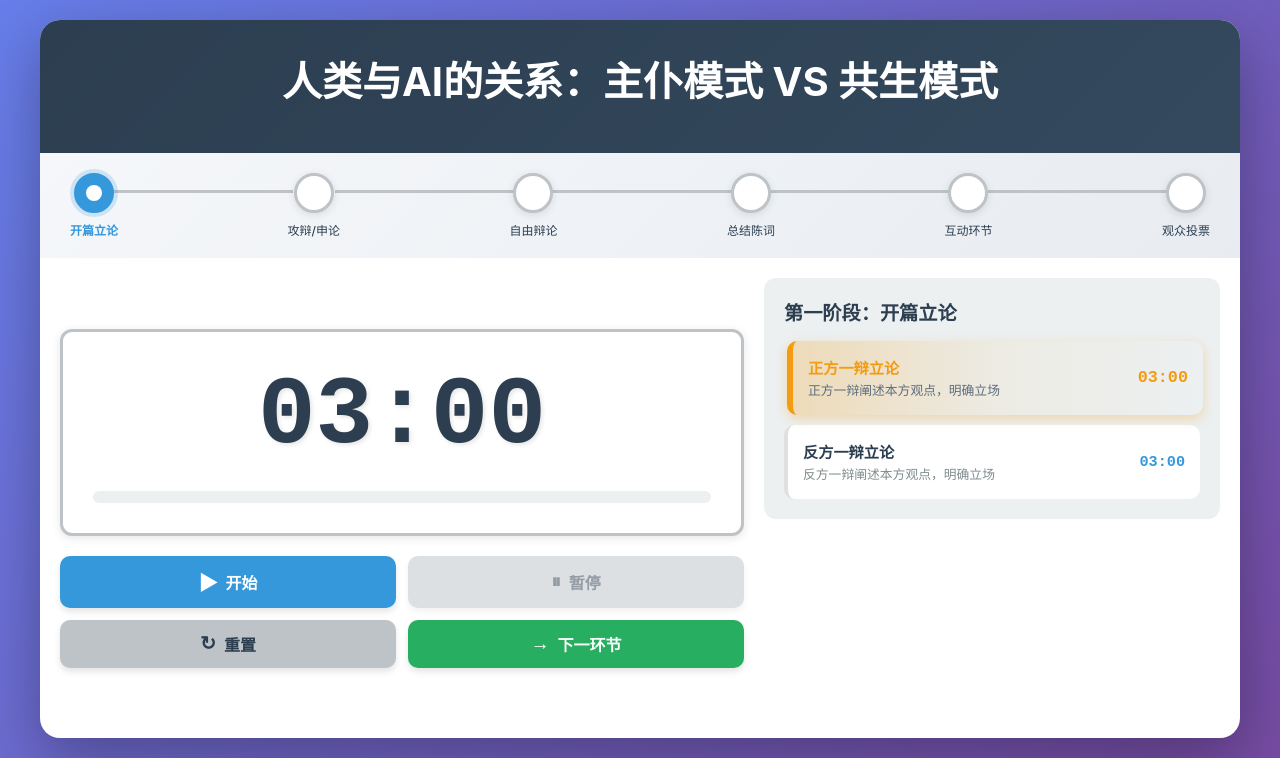
Repository: YannZhao/debate-timer
Page: index.html
The author's editor kept a copy of each file at every save. The page is drawn from the files as they stood at one save, then again after the next save.
The browser window is 1280 px wide. The pictures show the whole page.

Above is the page before, as saved 2026-03-19 23:57:10.

After the next save:
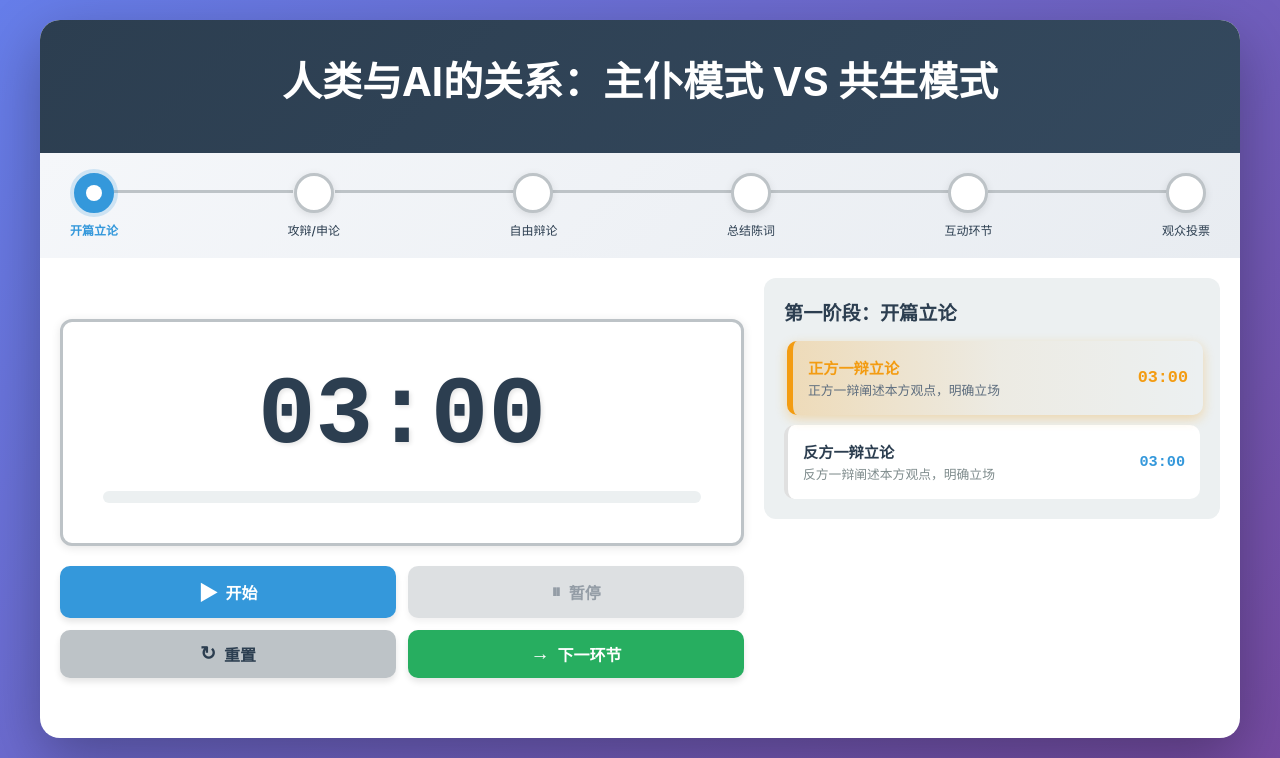
Saved 12 s later.
--- a/styles.css
+++ b/styles.css
@@ -191,7 +191,7 @@ main {
     background: var(--card-bg);
     border: 3px solid var(--border-color);
     border-radius: 12px;
-    padding: 30px;
+    padding: 40px;
     text-align: center;
     box-shadow: var(--shadow);
     display: flex;
